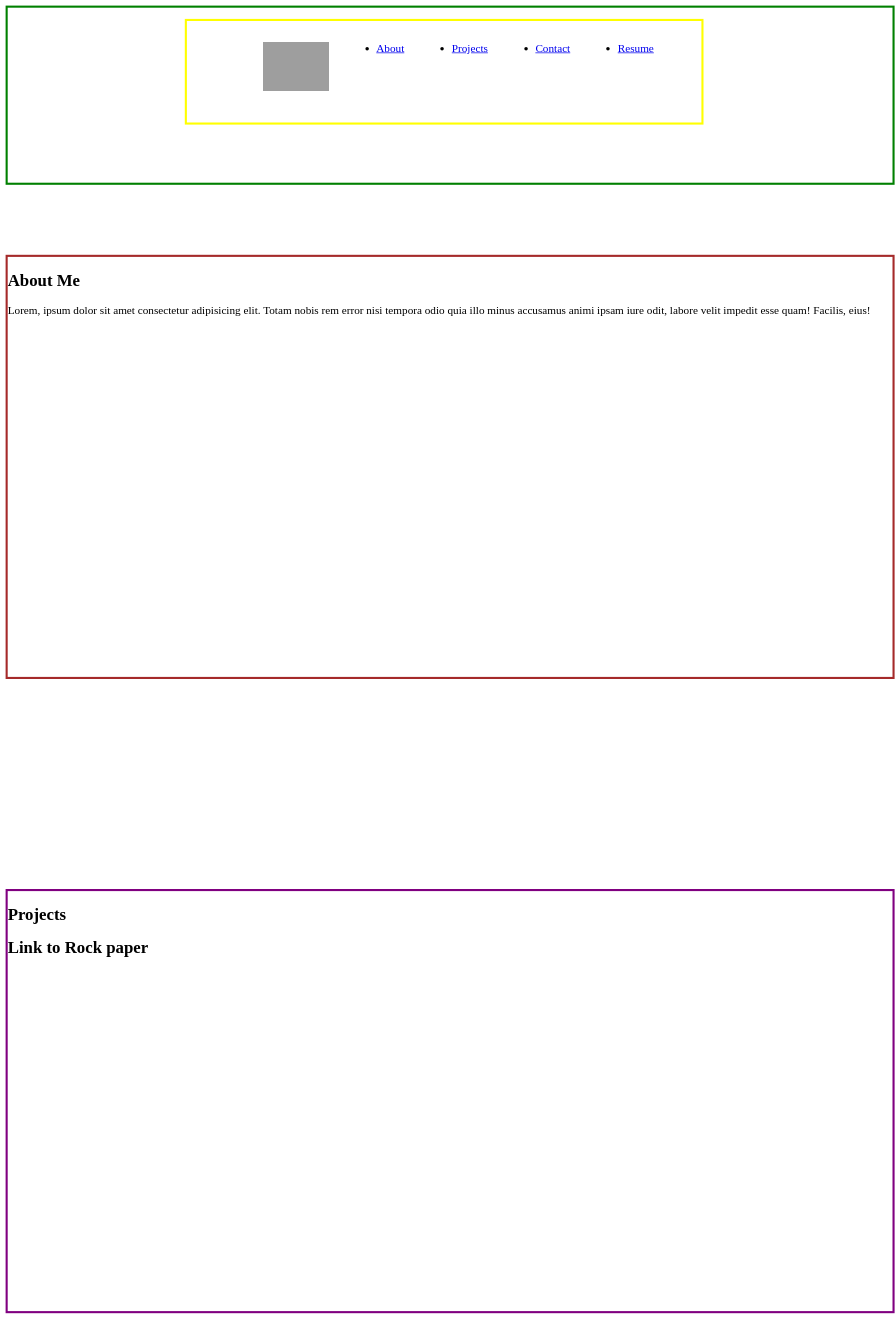
Repository: JohnDunst/projecttwo
Page: /
An editor plug-in stored every save of this project. The page is shown before and after a run of saves, followed by the edit.
The browser window is 1280 px wide. The pictures show the part of the page from y = 0 to 1920 px (the page is 2790 px tall before and 2102 px after), at 70% of full size.
Pictures or frames that could not be fetched are drawn as grey boxes. The page's requests for data from a server got no answer. The project was rebuilt for these pictures with package versions that can differ from the ones it lists, and the page was loaded fresh each time. No one was signed in, and anything a server would have sent is missing. Imported but missing from the stored project, and not drawn on this page: src/assets/Dunst Resume.pdf.

Above is the page before, as saved 2023-08-04 21:11:07.

### src/App.js
import React, {useState} from 'react';
import Header from './components/Header';
import About from './components/About';
import Projects from './components/Projects';
import Contact from './components/Contact';
import Resume from './components/Resume';
import Axios from 'axios';
import './style.css'

function App ()  {





















  return (
    <div className="app">
      <Header />
        <About />
        <Projects />
        <Resume />
        <Contact />
    </div>
  );

  }
export default App;

### src/components/Header.jsx
import React from "react";
import CV from "../assets/Dunst Resume.pdf";
import Resume from "./Resume";

const Header = () => {




  const scrollToAbout = () => {
    const aboutSection = document.getElementById("about");
    if (aboutSection) {
      aboutSection.scrollIntoView({ behavior: "smooth" });
    }
  };



  const openResume = () => {
    window.open(CV, "Dunst Resume.pdf"); // Open the PDF in a new browser tab
  };





  return (
    <div>
      <div className="headerConatiner">
        <ul className="linkContainer">
          <a href="spicy" className="nav__logo">
            <img
              src="https://encrypted-tbn0.gstatic.com/images?q=tbn:ANd9GcQTsOxv6UAiGwL2tSXdFUM0rM63enIOaDz2eQ&usqp=CAU"
              alt="Nevergiveup"
            />
          </a>
          <li>
            <a href="#about" onClick={scrollToAbout}>
              About
            </a>
          </li>
          <li>
            <a href="#projects">Projects</a>
          </li>
          <li>
            <a href="#contact">Contact</a>
          </li>
          <li>
            <a href="#resume" onClick={openResume}>
              Resume
            </a>
          </li>
        </ul>
      </div>
    </div>
  );
};
export default Header;

### src/components/About.jsx
import React, { useState, useEffect } from 'react';
import Axios from 'axios';

const About = () => {
  const [aboutData, setData] = useState(null);

  const getPokemon = () => {
    Axios.get('https://pokeapi.co/api/v2/pokemon/jolteon')
      .then((pokemon) => {
        console.log(pokemon);
        setPokemon(pokemon.data);
      })
      .catch((error) => {
        console.error('Error fetching data:', error);
      });
  };

  useEffect(() => {
    getPokemon();
  }, []); // Call the getPokemon function when the component mounts

  return (
    <section id="about">
      <h2>About Me</h2>
      <p>
       Lorem, ipsum dolor sit amet consectetur adipisicing elit. Totam nobis rem error nisi tempora odio quia illo minus accusamus animi ipsam iure odit, labore velit impedit esse quam! Facilis, eius!
      </p>

    </section>
  );
};

export default About;

### src/components/Projects.jsx
import React from 'react';

const Projects = () => {
  return (
    <section id="projects">
      <h2>Projects</h2>
            <div>
                <h1> Link to Rock paper </h1>


            </div>
    </section>
  );
};

export default Projects;

### src/components/Contact.jsx
import React from 'react';

const Contact = () => {
  return (
    <section id="contact">
      <h2>Contact Me</h2>
              {/* Add Linkdin Github Email  */}
    </section>
  );
};

export default Contact;

### src/components/Resume.jsx
import React, { useRef } from "react";
import CV from "../assets/Dunst Resume.pdf";
import Header from "./Header";

const Resume = () => {
  const resumeLinkRef = useRef(null);

  const openResume = () => {
    window.open(CV, "Dunst Resume.pdf"); // Open the PDF in a new browser tab
  };
  React.useEffect =
    (() => {
      if (resumeLinkRef.current) {
        resumeLinkRef.current.addEventListener("click", openResume);
      }
      return () => {
        if (resumeLinkRef.current) {
          resumeLinkRef.current.removeEventListener("click", openResume);
        }
      };
    },
    []);
};

export default Resume;

### src/style.css
.headerConatiner{
    border: solid green;
    width:100%;
    height: 250px;
    display: flex;
    flex-direction: column;

}
.searchContainer{
    border: solid teal;
    width: 100%;
    height: 100px;
    display: flex;
    justify-content: space-evenly;
    flex-direction: row;
    margin-left: 0%;
}

.linkContainer{
border: solid yellow;
width: 55%;
height:115px;
display: flex;
justify-content: space-evenly;
margin-left: 20%;
padding-top: 30px;

}
#about{
    border: solid brown;
    height: 600px;
    width: 100%;
    margin-top: 100px;

}
#projects{
    border: solid purple;
    margin-top: 300px;

    height: 600px;
    width: 100%;
}
#contact{
    border: solid pink;
    margin-top: 300px;
    height: 600px;
    width: 100%;
}
.nav__logo img{
    height: 70px;
    width: 95px;

}
img{
    height: 70px;
    width: 95px;

}
.a{
    margin-top: 50%;
}

Loaded but not shown: public/index.html (common file); src/index.js (common file)

After the next 5 saves:
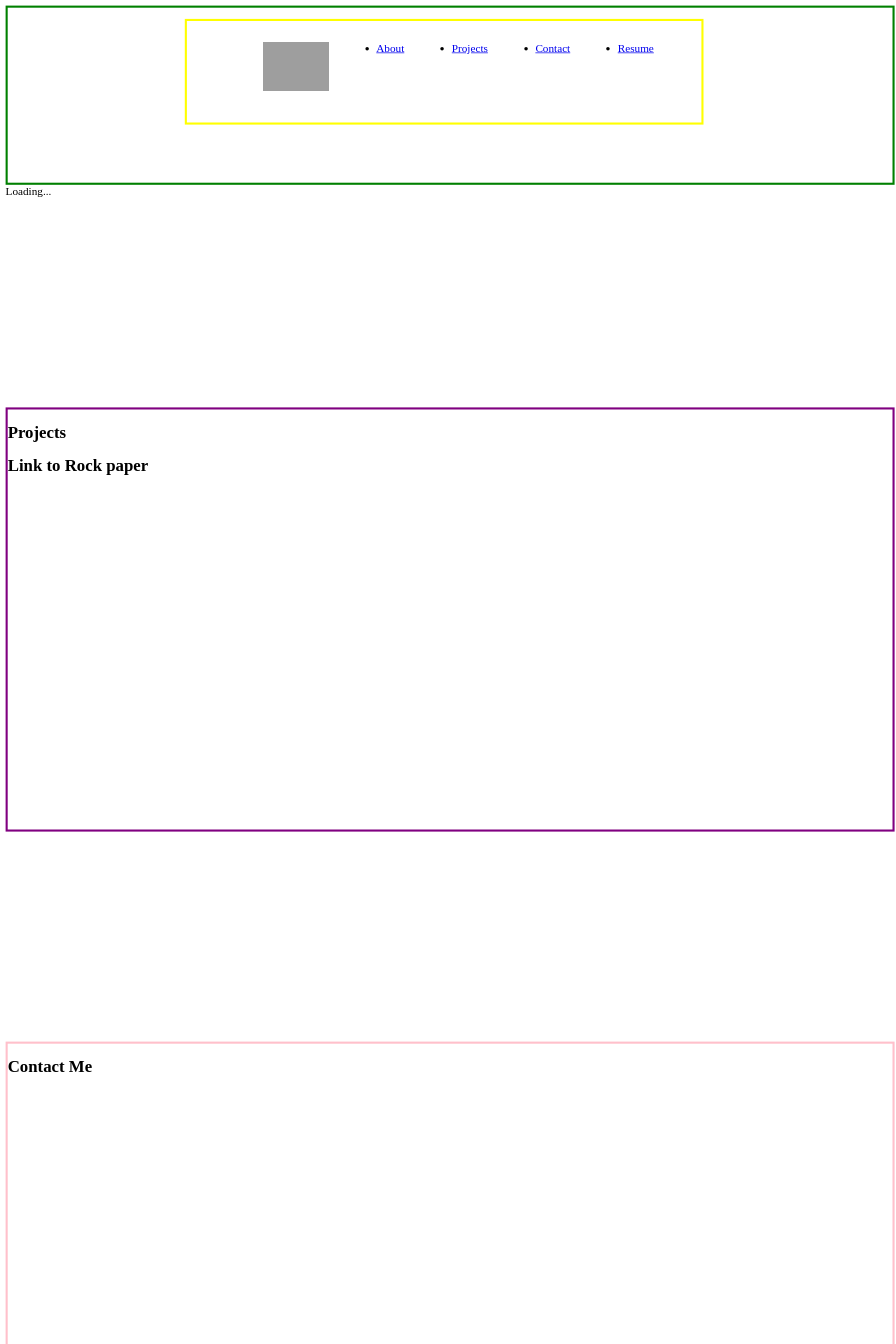
The 5 saves are shown as one change because 4 did not build or start.
The last was saved 2 min 57 s later.
--- a/src/components/About.jsx
+++ b/src/components/About.jsx
@@ -1,23 +1,19 @@
 import React, { useState, useEffect } from 'react';
-import Axios from 'axios';
+import axios from 'axios';
 
 const About = () => {
-  const [aboutData, setData] = useState(null);
-
-  const getPokemon = () => {
-    Axios.get('https://pokeapi.co/api/v2/pokemon/jolteon')
-      .then((pokemon) => {
-        console.log(pokemon);
-        setPokemon(pokemon.data);
-      })
-      .catch((error) => {
-        console.error('Error fetching data:', error);
-      });
-  };
+  const [pokemonData, setPokemonData] = useState(null);
 
   useEffect(() => {
-    getPokemon();
-  }, []); // Call the getPokemon function when the component mounts
+    axios.get('https://pokeapi.co/api/v2/pokemon/jolteon')
+      .then(response => setPokemonData(response.data))
+      .catch(error => console.error('Error fetching data:', error));
+  }, []);
+
+  if (!pokemonData) {
+    return <div>Loading...</div>;
+  }
+
 
   return (
     <section id="about">
